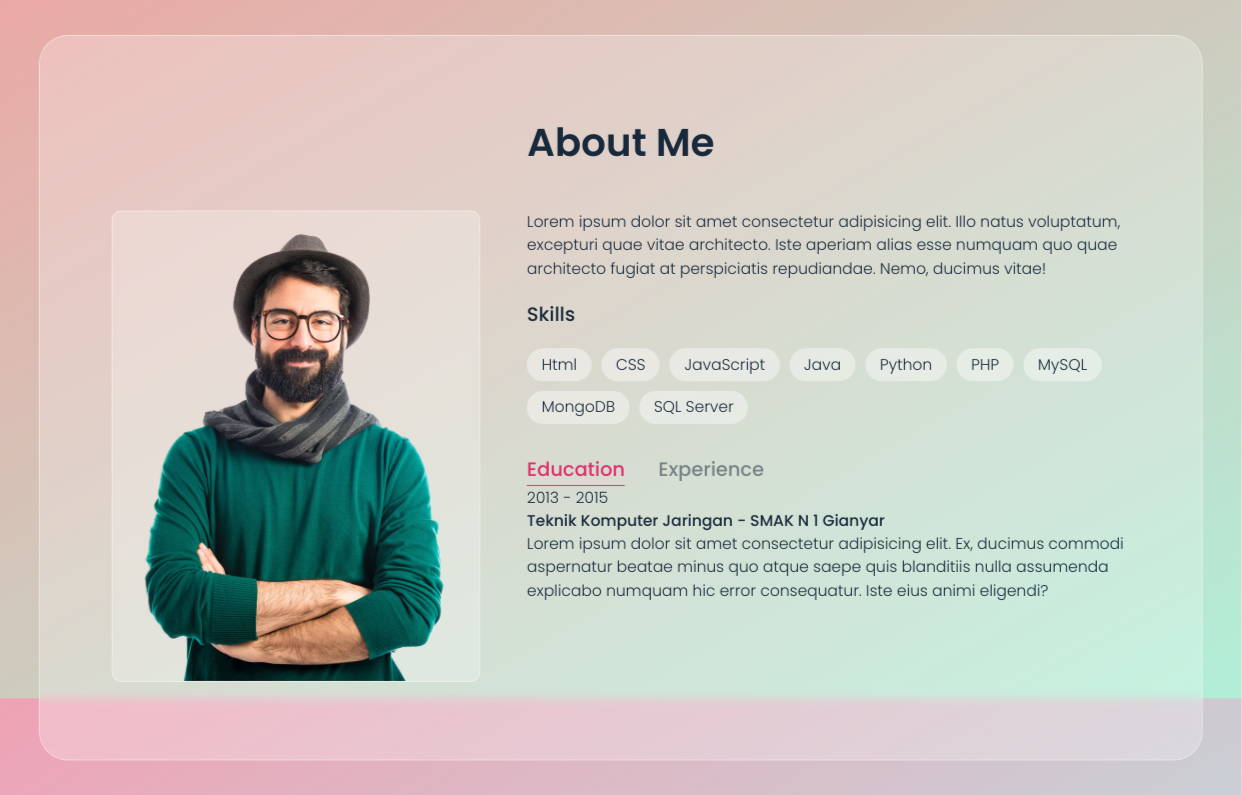
Repository: dewaary/Glassmorp-me
Page: index.html
An editor plug-in stored every save of this project. The page is shown before and after the next save, followed by the edit.
The browser window is 1280 px wide. The pictures show the whole page, at 97% of full size.
Backgrounds fixed to the window are drawn as part of the page.

Above is the page before, as saved 2021-05-25 22:50:12.
Not found: js/script,js

After the next save:
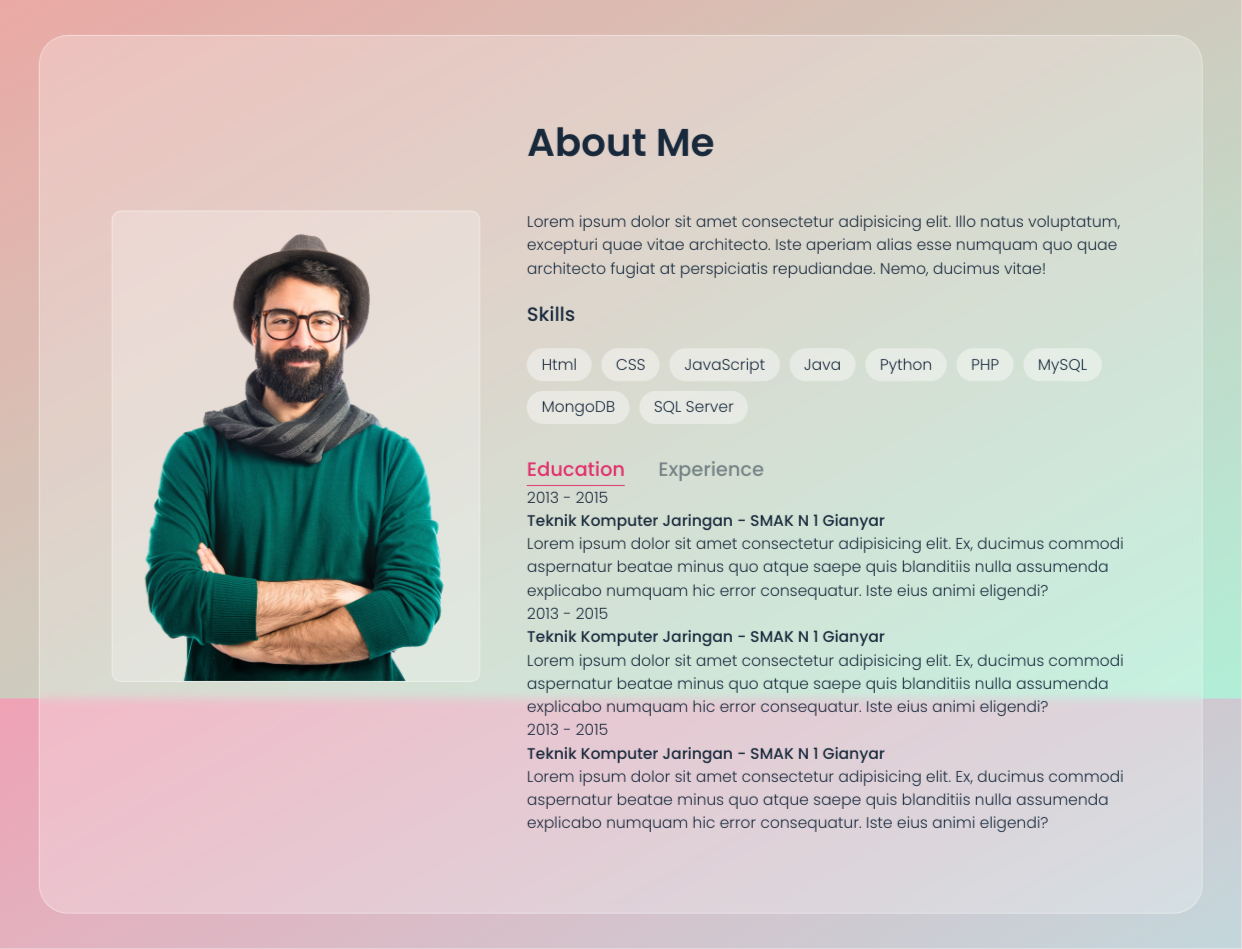
Saved 17 s later.
--- a/index.html
+++ b/index.html
@@ -74,6 +74,20 @@
                                         aspernatur beatae minus quo atque saepe quis blanditiis nulla assumenda
                                         explicabo numquam hic error consequatur. Iste eius animi eligendi?</p>
                                 </div>
+                                <div class="timline-item">
+                                    <span class="date">2013 - 2015</span>
+                                    <h4>Teknik Komputer Jaringan - <span>SMAK N 1 Gianyar</span></h4>
+                                    <p>Lorem ipsum dolor sit amet consectetur adipisicing elit. Ex, ducimus commodi
+                                        aspernatur beatae minus quo atque saepe quis blanditiis nulla assumenda
+                                        explicabo numquam hic error consequatur. Iste eius animi eligendi?</p>
+                                </div>
+                                <div class="timline-item">
+                                    <span class="date">2013 - 2015</span>
+                                    <h4>Teknik Komputer Jaringan - <span>SMAK N 1 Gianyar</span></h4>
+                                    <p>Lorem ipsum dolor sit amet consectetur adipisicing elit. Ex, ducimus commodi
+                                        aspernatur beatae minus quo atque saepe quis blanditiis nulla assumenda
+                                        explicabo numquam hic error consequatur. Iste eius animi eligendi?</p>
+                                </div>
                             </div>
                         </div>
                         <!-- Education Start -->
